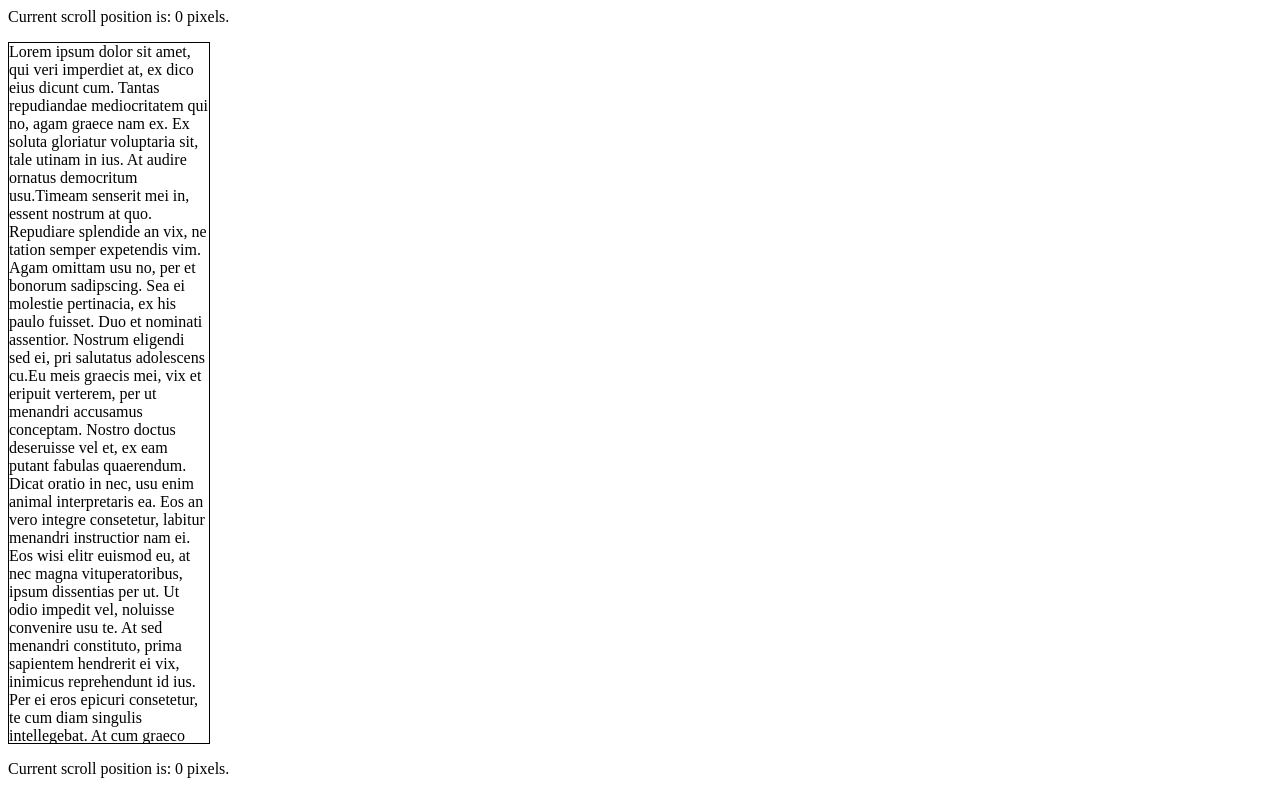
Repository: mihaibujanca/babeltalk
Page: laravel/public/testscroll.html
The author's editor kept a record of every edit. The page is drawn from the files as they stood at one moment, then again after the next edit.
The browser window is 1280 px wide. The pictures show the whole page.

Above is the page before.

After the next edit:
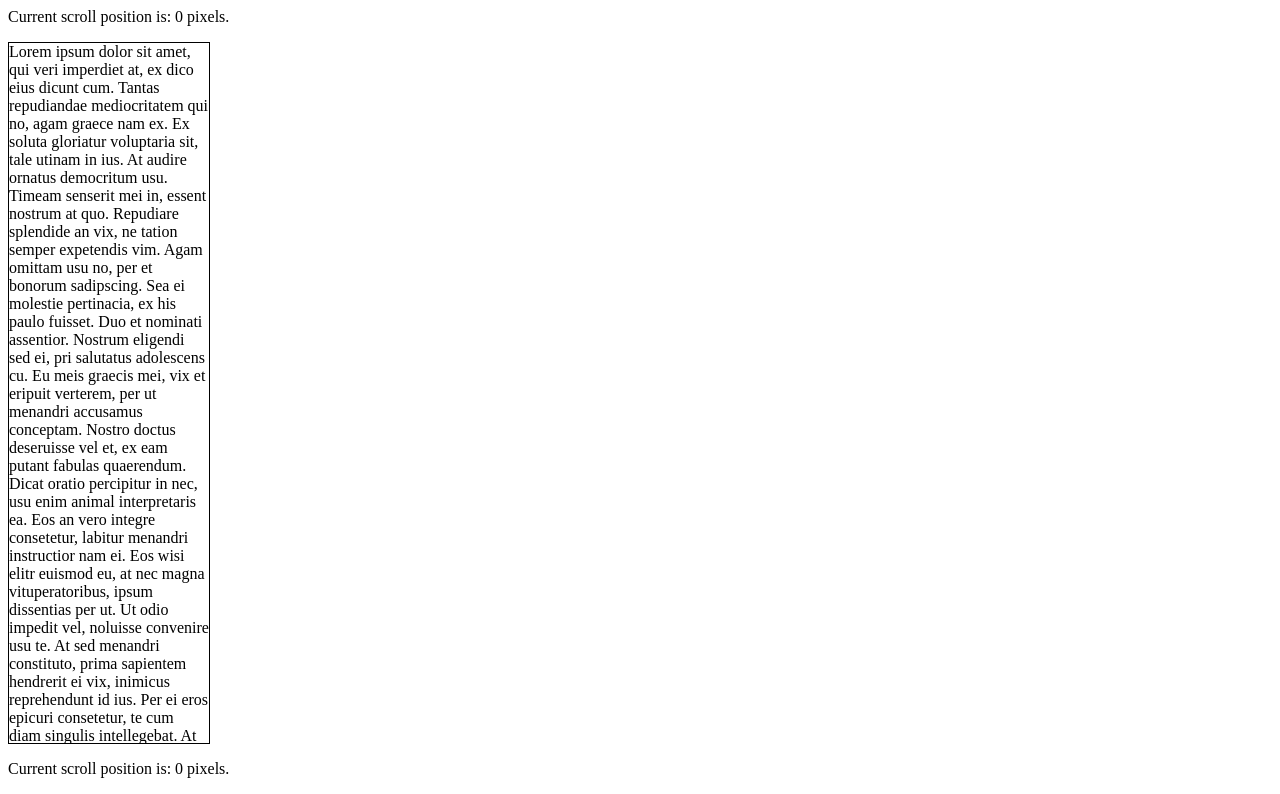
Console error: ReferenceError: fixInput is not defined
The edit:
--- a/laravel/public/testscroll.html
+++ b/laravel/public/testscroll.html
@@ -11,29 +11,25 @@
         </style>
     </head>
 
-    <body>
+    <body onload="fixInput()">
 
-    <p> Current scroll position is: <span id="demo">0</span> pixels.</p>
+        <p> Current scroll position is: <span id="demo">0</span> pixels.</p>
 
-    <div onscroll="myFunction()">Lorem ipsum dolor sit amet, qui veri imperdiet at, ex dico eius dicunt cum.
-            Tantas repudiandae mediocritatem qui no, agam graece nam ex. Ex soluta gloriatur voluptaria sit, tale utinam in ius.
-            At audire ornatus democritum usu.Timeam senserit mei in, essent nostrum at quo. Repudiare splendide an vix, ne tation
-            semper expetendis vim. Agam omittam usu no, per et bonorum sadipscing. Sea ei molestie pertinacia, ex his paulo fuisset.
-            Duo et nominati assentior. Nostrum eligendi sed ei, pri salutatus adolescens cu.Eu meis graecis mei, vix et eripuit verterem,
-            per ut menandri accusamus conceptam. Nostro doctus deseruisse vel et, ex eam putant fabulas quaerendum. Dicat oratio
-            in nec, usu enim animal interpretaris ea. Eos an vero integre consetetur, labitur menandri instructior nam ei. Eos wisi
-            elitr euismod eu, at nec magna vituperatoribus, ipsum dissentias per ut.
-            Ut odio impedit vel, noluisse convenire usu te. At sed menandri constituto, prima sapientem hendrerit ei vix, inimicus reprehendunt
-            id ius. Per ei eros epicuri consetetur, te cum diam singulis intellegebat. At cum graeco fabellas maluisset, omnis possit ei quo.
-            Et nam ullum blandit invenire. Eum ex invidunt volutpat, eum homero soleat ei, ut dico periculis vix.
-    </div>
+        <div onscroll="myFunction()">Lorem ipsum dolor sit amet, qui veri imperdiet at, ex dico eius dicunt cum. Tantas repudiandae mediocritatem qui no, agam graece nam ex. Ex soluta gloriatur voluptaria sit, tale utinam in ius. At audire ornatus democritum usu.
 
+        Timeam senserit mei in, essent nostrum at quo. Repudiare splendide an vix, ne tation semper expetendis vim. Agam omittam usu no, per et bonorum sadipscing. Sea ei molestie pertinacia, ex his paulo fuisset. Duo et nominati assentior. Nostrum eligendi sed ei, pri salutatus adolescens cu.
 
-    <p> Current scroll position is: <span id="demo">0</span> pixels.</p>
+        Eu meis graecis mei, vix et eripuit verterem, per ut menandri accusamus conceptam. Nostro doctus deseruisse vel et, ex eam putant fabulas quaerendum. Dicat oratio percipitur in nec, usu enim animal interpretaris ea. Eos an vero integre consetetur, labitur menandri instructior nam ei. Eos wisi elitr euismod eu, at nec magna vituperatoribus, ipsum dissentias per ut.
 
-    <script type="text/javascript">
+        Ut odio impedit vel, noluisse convenire usu te. At sed menandri constituto, prima sapientem hendrerit ei vix, inimicus reprehendunt id ius. Per ei eros epicuri consetetur, te cum diam singulis intellegebat. At cum graeco fabellas maluisset, omnis possit ei quo. Et nam ullum blandit invenire. Eum ex invidunt volutpat, eum homero soleat ei, ut dico periculis vix.
 
-        function myFunction() {
+        Inani blandit est ne. An congue iudicabit expetendis mel, ne libris epicurei mel, ex ipsum signiferumque vix. Nec velit convenire ex. Pri propriae appareat volutpat ei. Ea ludus utroque corrumpit mea.</div>
+
+        <p> Current scroll position is: <span id="demo">0</span> pixels.</p>
+
+        <script>
+        function myFunction()
+        {
           var $scrollpos = $("div").scrollTop();
           var $inputcookie = "inputcookie=";
           $inputcookie += $scrollpos;
@@ -54,7 +50,8 @@
             return "";
             } // getCookie
 
-    </script>
+
+        </script>
 
 
     </body>
